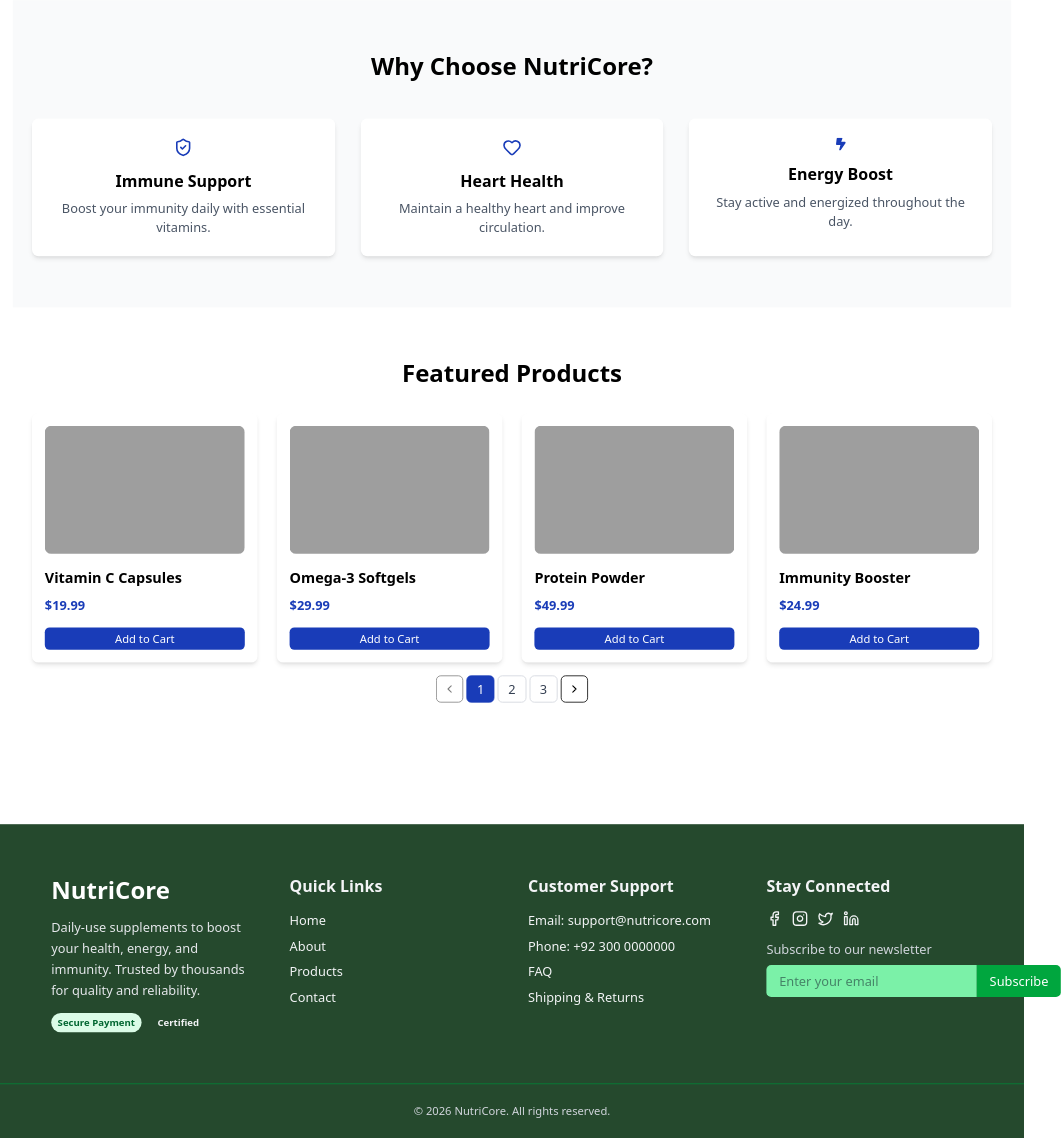
Repository: A-Nawaz512/NutriCore
Page: / (app in frontend/)
The author's editor kept a copy of each file at every save. The page is drawn from the files as they stood at one save, then again after a run of saves.
The browser window is 1280 px wide. The page is 1326 px wide, so the pictures cover 1326 px, including what lies to the right of the window. The pictures show the part of the page from y = 664 to 2087 px (the page is 2087 px tall), at 80% of full size.
Pictures or frames that could not be fetched are drawn as grey boxes. The project was rebuilt for these pictures with package versions that can differ from the ones it lists, and the page was loaded fresh each time. Also part of the build but not shown: frontend/vite.config.ts.

Above is the page before, as saved 2026-02-17 19:20:09.

After the next 3 saves:
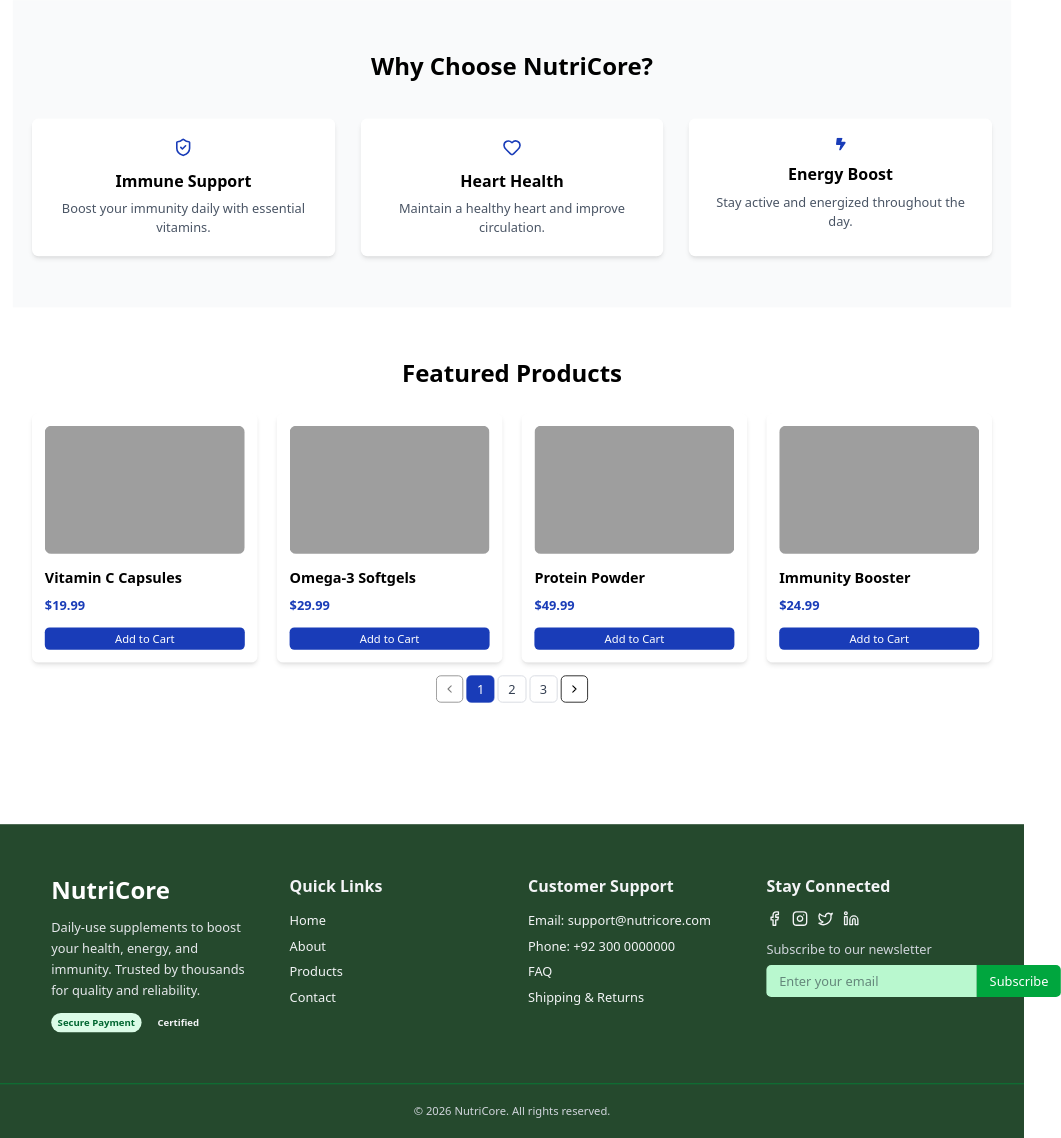
The 3 saves are shown as one change because they came seconds apart.
The last was saved 16 s later.
--- a/frontend/src/shared/components/layout/Footer.tsx
+++ b/frontend/src/shared/components/layout/Footer.tsx
@@ -73,7 +73,7 @@ const Footer: FC = () => {
               <input
                 type="email"
                 placeholder="Enter your email"
-                className="flex-1 px-4 py-2 bg-green-300 rounded-l-md focus:outline-none text-gray-900"
+                className="flex-1 px-4 py-2 bg-green-200 rounded-l-md focus:outline-none text-gray-900"
               />
               <button className="bg-green-600 hover:bg-green-700 px-4 py-2 rounded-r-md text-white transition-colors">
                 Subscribe
